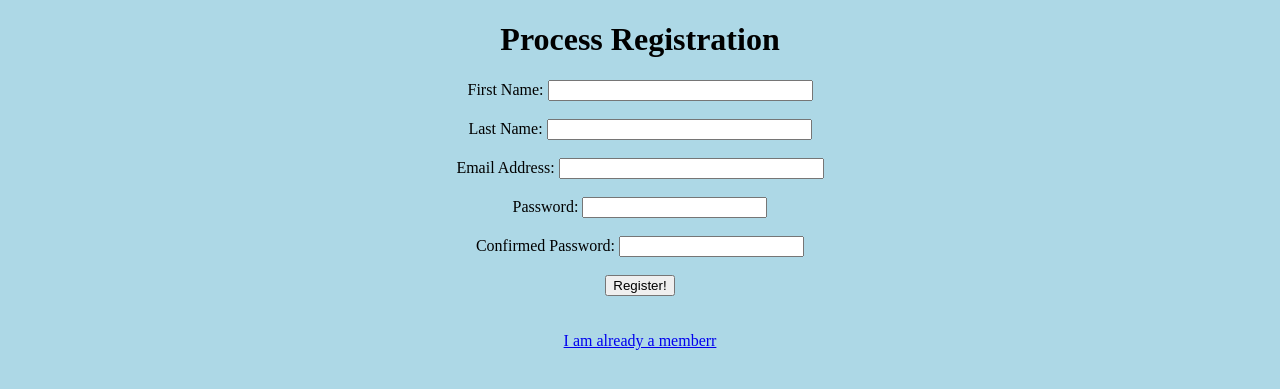
Repository: jedeyejed00/TheGameShaq
Page: http://localhost/ClassWork/ClassAssignment/process_register.php
The author's editor kept a record of every edit. The page is drawn from the files as they stood at one moment, then again after the next edit.
The browser window is 1280 px wide. The pictures show the whole page.
The page is run by PHP 8.4 with error messages shown; the project is at /var/www/html/.

Above is the page before.

After the next edit:
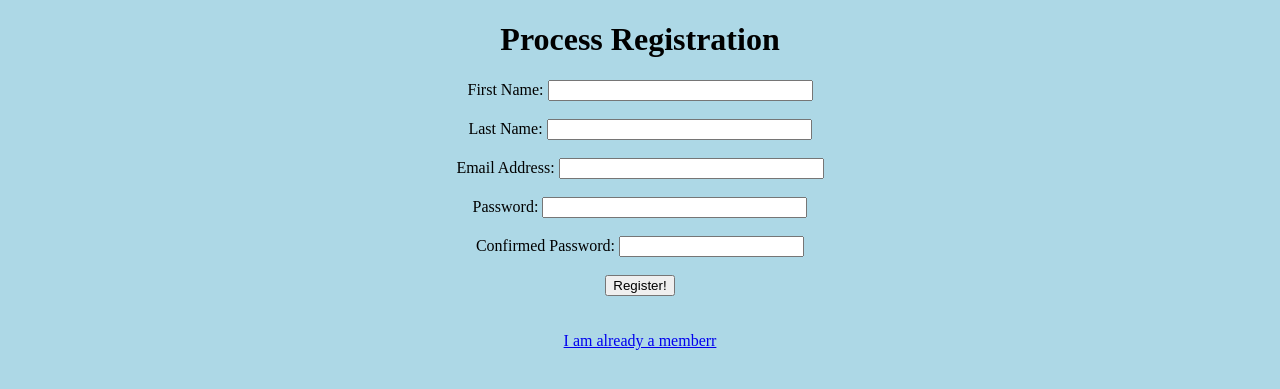
The edit:
--- a/ClassWork/ClassAssignment/process_register.php
+++ b/ClassWork/ClassAssignment/process_register.php
@@ -21,7 +21,7 @@
                     <input type ="email" name = "email" id="email" size="30"> <br><br>
 
                     <label for ="password">Password:</label>
-                    <input type ="password"= name = "password" id ="password" size="20"> <br><br>
+                    <input type ="password"= name = "password" id ="password" size="30"> <br><br>
 
                     <label for ="confpassword">Confirmed Password:</label>
                     <input type ="password"= name = "confpassword" id ="confpassword" size="20" ><br> <br>
